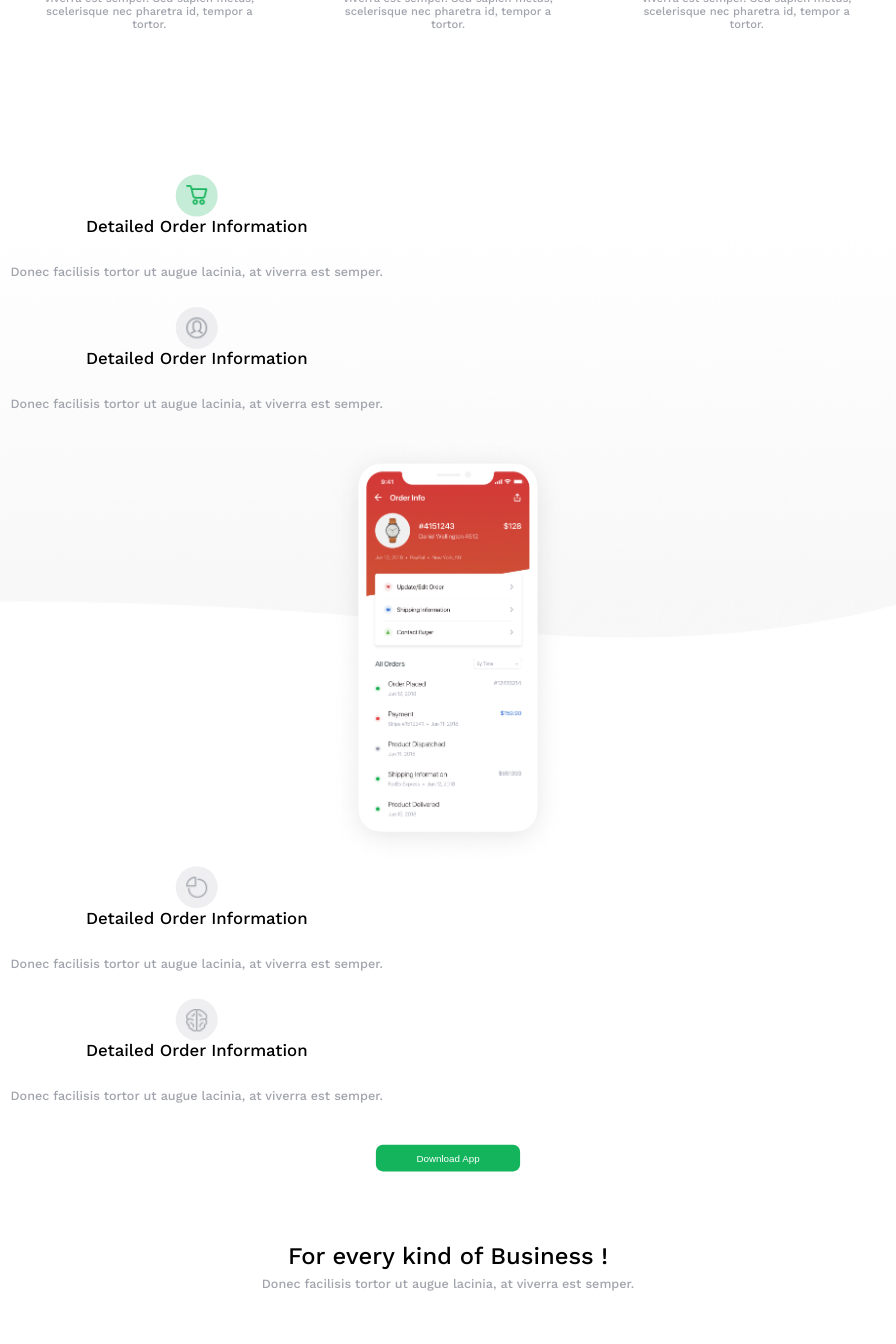
Repository: thinhnguyen347/thinhnguyen347.github.io
Page: cut-html-css/index.html
An editor plug-in stored every save of this project. The page is shown before and after the next save, followed by the edit.
The browser window is 1280 px wide. The pictures show the part of the page from y = 1758 to 3678 px (the page is 5690 px tall before and 5774 px after), at 70% of full size.

Above is the page before, as saved 2021-11-10 17:26:49.

After the next save:
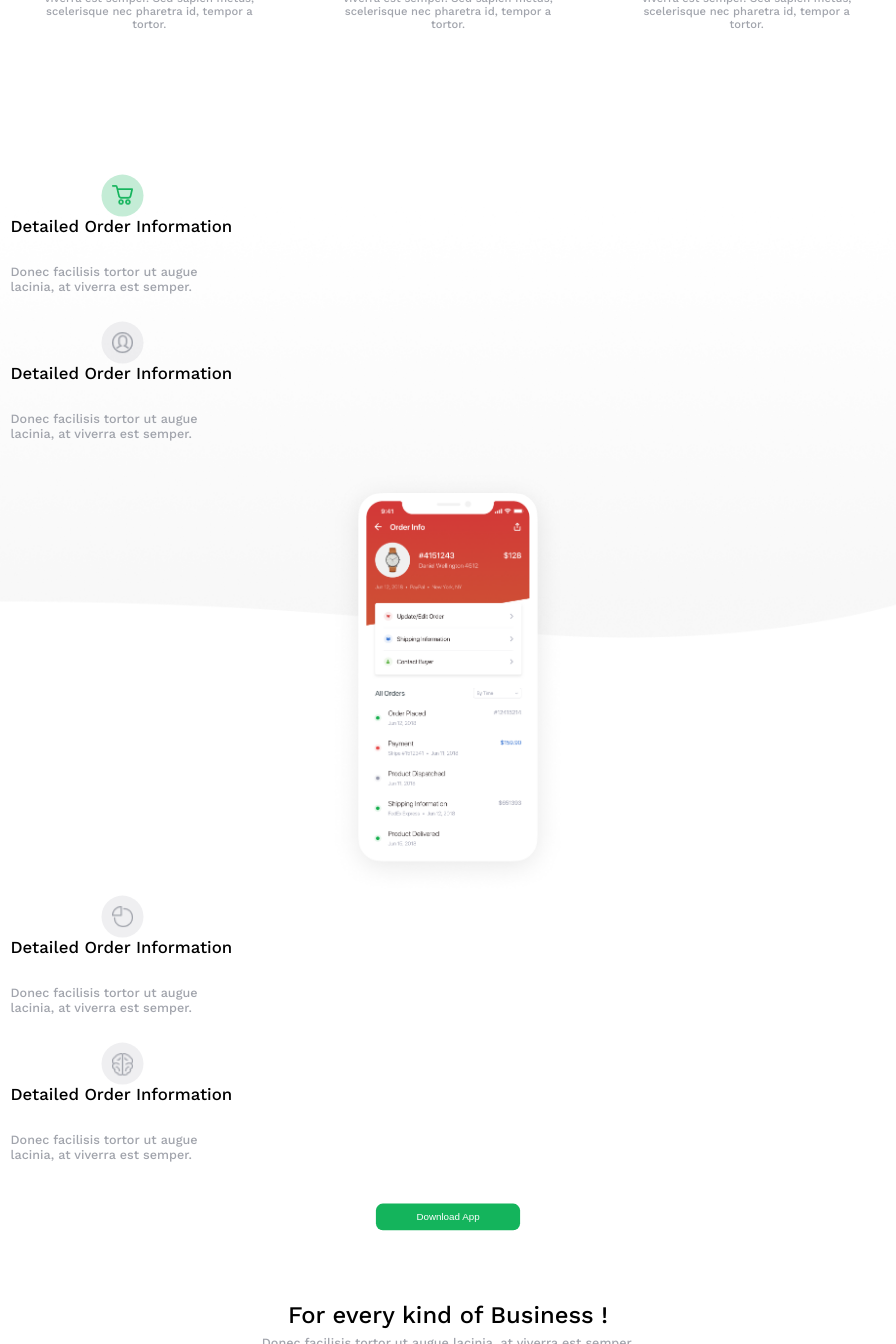
Saved 9 s later.
--- a/cut-html-css/css/style2.css
+++ b/cut-html-css/css/style2.css
@@ -229,11 +229,13 @@
   }
 
   .left-panel,
-  .right-panel {
-    flex-direction: column;
-    justify-content: space-around;
-    text-align: center;
-  }
+.right-panel {
+  display: flex;
+  flex-direction: column;
+  justify-content: center;
+  align-content: space-between;
+  width: 320px;
+}
 
   .business {
     padding-top: 50px !important;
